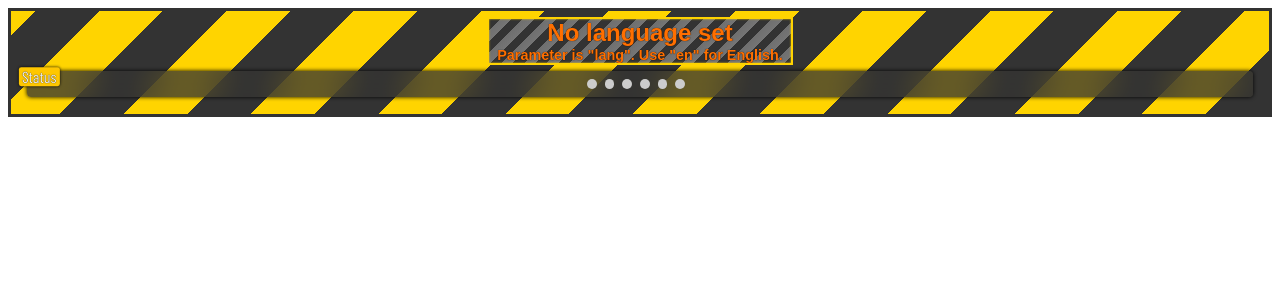
Repository: cirisus/ArknighTimer
Page: timer.html
The author's editor kept a copy of each file at every save. The page is drawn from the files as they stood at one save, then again after the next save.
The browser window is 1280 px wide. The pictures show the whole page.
Some web fonts or font styles are not loaded; a fallback is used.

Above is the page before, as saved 2024-03-09 14:24:12.

### timer.html
<!DOCTYPE html>
<html>
  <head>
    <meta charset="UTF-8">
    <meta name="description" content="明日方舟同人中文站计时器本体">
    <meta name="keywords" content="arknights,wiki,timer">
    <link rel="stylesheet" href="/ArknighTimer/timer.css">
    <script src="/ArknighTimer/timer.js"></script>
    <title>计时器初始化中……</title>
  </head>

  <body>
    <noscript>This application requires Javascript to function.</noscript>

    <div id="timer">
      <div id="stuff">
      <h2 id="title"></h2>

      <div id="clock">
        <div id="years-div" class="unit">
          <span id="years" class="unit-value"></span>
          <span id="years-label" class="unit-label"></span>
        </div>

        <div id="months-div" class="unit">
          <span id="months" class="unit-value"></span>
          <span id="months-label" class="unit-label"></span>
        </div>

        <div id="days-div" class="unit">
          <span id="days" class="unit-value"></span>
          <span id="days-label" class="unit-label"></span>
        </div>

        <div id="hours-div" class="unit">
          <span id="hours" class="unit-value"></span>
          <span id="hours-label" class="unit-label"></span>
        </div>

        <div id="minutes-div" class="unit">
          <span id="minutes" class="unit-value"></span>
          <span id="minutes-label" class="unit-label"></span>
        </div>

        <div id="seconds-div" class="unit">
          <span id="seconds" class="unit-value"></span>
          <span id="seconds-label" class="unit-label"></span>
        </div>
        </div>
      </div>
    </div>
  </body>
</html>

### timer.css
@import url('https://fonts.googleapis.com/css2?family=Barlow+Condensed:ital,wght@0,100;0,200;0,300;0,400;0,500;0,600;0,700;0,800;0,900;1,100;1,200;1,300;1,400;1,500;1,600;1,700;1,800;1,900&display=swap');
@font-face {
  font-family: Glow Sans SC_Condensed;
  src: url(https://cdn.jsdelivr.net/gh/cirisus/ArknighTimer/GlowSans/GlowSansSC-Condensed-Medium.woff2);
  font-weight: normal;
  font-style: normal;
}
:root {
  --secondary-accent: 255, 212, 0;
  --scale-2: 51,51,51;
}
body {
  font-family: 'Glow Sans SC_Condensed',Arial, sans-serif;
  text-shadow: 0 0 1px black;
}
#timer {
  display: grid;
  grid-auto-columns: 1fr;
  grid-auto-rows: 1fr;
  grid-template-columns: 1fr;
  grid-template-rows: min-content 1fr;
  gap: 1px 1px;
  grid-template-areas:
    "title"
    "countdown";

  padding: 0.5rem;
  border: 3px solid rgb(var(--scale-2));
  background: repeating-linear-gradient(-45deg, rgb(var(--scale-2)), rgb(var(--scale-2)) 45px, rgb(var(--secondary-accent)) 0, rgb(var(--secondary-accent)) 90px);
}
#title {
  grid-area: title;
  text-align: center;
  margin-block-start: 0;
  margin-block-end: 0;
  background: rgb(var(--scale-2));
  width: fit-content;
  padding: 0 .5rem;
  margin: auto;
    outline: 2px solid #ffd301;
    box-shadow: inset 0 0 2px #ffd400;
    background-image: repeating-linear-gradient(135deg, rgb(var(--scale-2)), rgb(var(--scale-2)) 8px, rgb(111 111 111) 0, rgb(117 117 117) 16px);
    background-size: 500%;
    animation: progress-bar 300s infinite linear;
}
@keyframes progerss-bar {
  0% {
    background-position-x: 100%;
  }
  100% {
    background-position: -400%;
  }
}
/*
h2#title:after {
  content: '';
  height: 47px;
  width: 2rem;
  position: absolute;
  transform: translateX(8px);
  background: #333;
  -webkit-clip-path: polygon(60% 0, 100% 50%, 60% 100%, 0 100%, 0 0);
  clip-path: polygon(60% 0, 100% 50%, 60% 100%, 0 100%, 0 0);
}
*/
#clock {
  display: flex;
  justify-content: center;
  align-items: center;
  flex-wrap: wrap;
  grid-area: countdown;
  color: #f3f2ec;
  background-color: rgb(var(--scale-2), .75);
  -webkit-backdrop-filter: blur(1rem);
  backdrop-filter: blur(1rem);
  text-align: center;
  border-radius: 0.25em;
  margin: .5em;
  padding: 0 .25rem;
  box-shadow: 0 0 4px black;
  box-sizing: border-box;
  &::before {
    content: 'Status';
    font-family: "Barlow Condensed", sans-serif;
    position: absolute;
    display: inline-flex;
    top: 0;
    left: 0;
    width: fit-content;
    height: fit-content;
    border-radius: 0.15em;
    background-color: #ffc700;
    z-index: -1;
    transform: translate(-20%,-20%);
    box-shadow: 0 0 3px 0px black;
    padding: 0 3px;
    align-items: center;
}
}

.unit {
  display: inline-flex;
  margin: 0.5em 0;
  justify-content: center;
  align-items: center;
}

.unit-value {
  font-family: "Barlow Condensed", sans-serif;
  font-size: 2em;
  color: #333;
  background-color: #ccc;
  border-radius: 0.25em;
  padding: 0.15em;
}

.unit-label {
  font-size: 1.5em;
  padding: 0 .25rem;
}

/* Basic utility classes */
.hidden {
  display: none;
}

.error {
  color: rgb(255, 111, 0);
}
.error-secondary {
  font-size: 0.6em;
}
.progress {
  color: #f3f2ec;
}

.finished {
  color: #fff28e;
}

### timer.js
// Constants
var SECONDS_MS = 1000;
var MINUTES_MS = SECONDS_MS * 60;
var HOURS_MS = MINUTES_MS * 60;
var DAYS_MS = HOURS_MS * 24;

var SECONDS_ENUM = 0;
var MINUTES_ENUM = 1;
var HOURS_ENUM = 2;
var DAYS_ENUM = 3;
var MONTHS_ENUM = 4;
var YEARS_ENUM = 5;

// Initialization errors are only in English unfortunately.
function setError(primary, secondary = null) {
  var titleElement = document.getElementById('title');
  titleElement.classList.add('error');
  titleElement.innerText = primary;

  var clockElement = document.getElementById('clock');
  clockElement.classList.add('hidden');

  if (secondary) {
    var messageElement = document.createElement('div');
    messageElement.classList.add('error-secondary');
    messageElement.innerText = secondary;
    titleElement.appendChild(messageElement);
  }
}

// Localization
function getMessage(language, messageKey) {
  var translations = {
    // English
    'en': {
      'timer-description': 'Timer expiring at',
      'timer-progress': 'This timer will expire in',
      'timer-finished': 'This timer has been expired since',
      'years': 'years',
      'months': 'months',
      'days': 'days',
      'hours': 'hours',
      'minutes': 'minutes',
      'seconds': 'seconds',
    },

    // French
    'fr': {
      'timer-description': 'Fin du compte à rebours à',
      'timer-progress': 'Ce compte à rebours se terminera dans',
      'timer-finished': 'Ce compte à rebous est terminé depuis',
      'years': 'ans',
      'months': 'mois',
      'days': 'jours',
      'hours': 'heures',
      'minutes': 'minutes',
      'seconds': 'secondes',
    },

    // Pig Latin
    'pig': {
      'timer-description': 'Imertay expiringyay atyay',
      'timer-progress': 'Isthay imertay illway expireyay inyay',
      'timer-finished': 'Isthay imertay ashay eenbay expiredyay incesay',
      'years': 'earsyay',
      'months': 'onthsmay',
      'days': 'aysday',
      'hours': 'ourshay',
      'minutes': 'inutesmay',
      'seconds': 'econdssay',
    },

    // Spanish
    'es': {
      'timer-description': 'El temporizador finaliza en',
      'timer-progress': 'El temporizador finalizará en',
      'timer-finished': 'El temporizador ha finalizado desde hace',
      'years': 'años',
      'months': 'meses',
      'days': 'días',
      'hours': 'horas',
      'minutes': 'minutos',
      'seconds': 'segundos',
    },

    // Vietnamese
    'vi': {
      'timer-description': 'Đồng hồ kết thúc vào',
      'timer-progress': 'Đồng hồ sẽ kết thúc trong',
      'timer-finished': 'Đồng hồ này đã kết thúc kể từ',
      'years': 'năm',
      'months': 'tháng',
      'days': 'ngày',
      'hours': 'giờ',
      'minutes': 'phút',
      'seconds': 'giây',
    },

    // Simplified Chinese
    'cn': {
      'timer-description': '此计时器将过期于：',
      'timer-progress': '此计时器将过期于：',
      'timer-finished': '此计时器已过期：',
      'years': '年',
      'months': '月',
      'days': '日',
      'hours': '时',
      'minutes': '分',
      'seconds': '秒',
    },
  };

  // Special case:
  // The 'test' language just echoes the message key back out.
  if (language === 'test') {
    return messageKey;
  }

  // Get message based on language
  var messages = translations[language];
  if (!messages) {
    setError('暂无此语言的计时器 ' + language);
    return null;
  }

  var message = messages[messageKey];
  if (!message) {
    setError('无效的参数' + messageKey);
    return null;
  }

  return message;
}

function insertCSS(styling) {
  var head = document.head || document.getElementsByTagName('head')[0];
  var style = document.createElement('style');

  style.type = 'text/css';
  style.appendChild(document.createTextNode(styling));
  head.appendChild(style);
}

function getDaysInFebruary(startYear) {
  return (startYear % 4 === 0 && startYear % 100 !== 0)
    || startYear % 400 === 0 ? 29 : 28;
}

function elapsedData(targetTime) {
  var now = new Date();
  var elapsed = now - targetTime;

  if (elapsed >= 0) {
    // Date is in the past
    return {
      elapsed: elapsed,
      finished: true,
      startTime: targetTime,
      endTime: now,
    };
  } else {
    // Date is in the future
    return {
      elapsed: -elapsed,
      finished: false,
      startTime: now,
      endTime: targetTime,
    };
  }
}

// Based on https://stackoverflow.com/a/49201872
// Calculate differences greater than a day.
function dateDiff(startDate, endDate) {
  // Trim sub-day differences to avoid 0.8 days from rounding up.
  var diff = endDate - startDate;
  diff -= Math.floor(diff % DAYS_MS);
  endDate = new Date(startDate.getTime() + diff);

  // Get month data
  var february = getDaysInFebruary(startDate.getFullYear());
  var daysInMonth = [31, february, 31, 30, 31, 30, 31, 31, 30, 31, 30, 31];

  var yearDiff = endDate.getFullYear() - startDate.getFullYear();
  var monthDiff = endDate.getMonth() - startDate.getMonth();
  if (monthDiff < 0) {
    yearDiff--;
    monthDiff += 12;
  }

  var dayDiff = endDate.getDate() - startDate.getDate();
  if (dayDiff < 0) {
    if (monthDiff > 0) {
      monthDiff--;
    } else {
      yearDiff--;
      monthDiff = 11;
    }

    dayDiff += daysInMonth[startDate.getMonth()];
  }

  return {
    years: yearDiff,
    months: monthDiff,
    days: dayDiff,
  };
}

// Calculate difference in time, in all units
function timeRemaining(targetTime) {
  var data = elapsedData(targetTime);

  // Differences > 1 day
  var dateDiffs = dateDiff(data.startTime, data.endTime);
  var years = dateDiffs.years;
  var months = dateDiffs.months;
  var days = dateDiffs.days;

  // Differences < 1 day
  var elapsed = Math.floor(data.elapsed % DAYS_MS);

  var hours = Math.floor(elapsed / HOURS_MS);
  elapsed = Math.floor(elapsed % HOURS_MS);

  var minutes = Math.floor(elapsed / MINUTES_MS);
  elapsed = Math.floor(elapsed % MINUTES_MS);

  var seconds = Math.floor(elapsed / SECONDS_MS);
  elapsed = Math.floor(elapsed % MINUTES_MS);

  // Get highest unit present
  var highest;
  if (years > 0) {
    highest = YEARS_ENUM;
  } else if (months > 0) {
    highest = MONTHS_ENUM;
  } else if (days > 0) {
    highest = DAYS_ENUM;
  } else if (hours > 0) {
    highest = HOURS_ENUM;
  } else if (minutes > 0) {
    highest = MINUTES_ENUM;
  } else {
    highest = SECONDS_ENUM;
  }

  return {
    years: years,
    months: months,
    days: days,
    hours: hours,
    minutes: minutes,
    seconds: seconds,
    finished: data.finished,
    highest: highest,
  };
}

function setTimerField(language, field, value) {
  var visible = value !== null;

  if (visible) {
    document.getElementById(field).innerText = value;
  }

  setTimerFieldVisibility(field, visible);
}

function setTimerFieldVisibility(field, visible) {
  var element = document.getElementById(field + '-div');

  if (visible) {
    element.classList.remove('hidden');
  } else {
    element.classList.add('hidden');
  }
}

function createTimer(language, targetTime, progressMessage, finishedMessage) {
  progressMessage = progressMessage || getMessage(language, 'timer-progress');
  finishedMessage = finishedMessage || getMessage(language, 'timer-finished');

  // Update routine, to invoke every second
  var timerFields = [
    ['years', YEARS_ENUM, 1],
    ['months', MONTHS_ENUM, 1],
    ['days', DAYS_ENUM, 1],
    ['hours', HOURS_ENUM, 2],
    ['minutes', MINUTES_ENUM, 2],
    ['seconds', SECONDS_ENUM, 2],
  ];

  // Initial application of field labels
  for (var i = 0; i < timerFields.length; i++) {
    var field = timerFields[i][0];
    document.getElementById(field + '-label').innerText = getMessage(language, field);
  }

  function updateTimer() {
    var remaining = timeRemaining(targetTime);

    // Set title message
    var titleElement = document.getElementById('title');

    if (remaining.finished) {
      titleElement.innerText = finishedMessage;
      titleElement.classList = ['finished'];
    } else {
      titleElement.innerText = progressMessage;
      titleElement.classList = ['progress'];
    }

    // Set individual timer fields
    for (var i = 0; i < timerFields.length; i++) {
      var field = timerFields[i][0];
      var fieldEnum = timerFields[i][1];
      var padWidth = timerFields[i][2];

      // If the value is to be shown, then display it.
      // Ensure digits are padded to the appropriate width.
      var value = remaining.highest >= fieldEnum
        ? String(remaining[field]).padStart(padWidth, '0')
        : null;

      setTimerField(language, field, value);
    }
  }

  // Set title.
  // Since this is meant to be used as an iframe, setting it every tick is pointless.
  document.title = getMessage(language, 'timer-description') + ' ' + targetTime;

  // Configure timer to run regularly.
  updateTimer();
  setInterval(updateTimer, 1000);
}

function setup() {
  // Get parameters
  var url = new URL(window.location.href);
  var parameters = new URLSearchParams(url.search);
  var language = parameters.get('lang');
  var timestamp = parameters.get('time');
  var progressMessage = parameters.get('progress');
  var finishedMessage = parameters.get('finished');
  var styling = parameters.get('style'); // allows custom CSS to be injected

  // Check parameters
  if (!language) {
    setError('No language set', 'Parameter is "lang". Use "en" for English.');
    return;
  }

  if (!timestamp) {
    setError('No timestamp set', 'Parameter is "time". You can use a UNIX timestamp or an ISO string.');
    return;
  }

  var targetTime;
  if (/^\d+(\.\d+)?$/.exec(timestamp)) {
    targetTime = new Date(parseFloat(timestamp) * 1000);
  } else {
    targetTime = new Date(timestamp);
    if (isNaN(targetTime)) {
      setError('Invalid timestamp', timestamp);
      return;
    }
  }

  // Insert custom CSS, if any
  if (styling !== null) {
    insertCSS(styling);
  }

  // Initialize clock
  createTimer(language, targetTime, progressMessage, finishedMessage);
}

setTimeout(setup, 5);

After the next save:
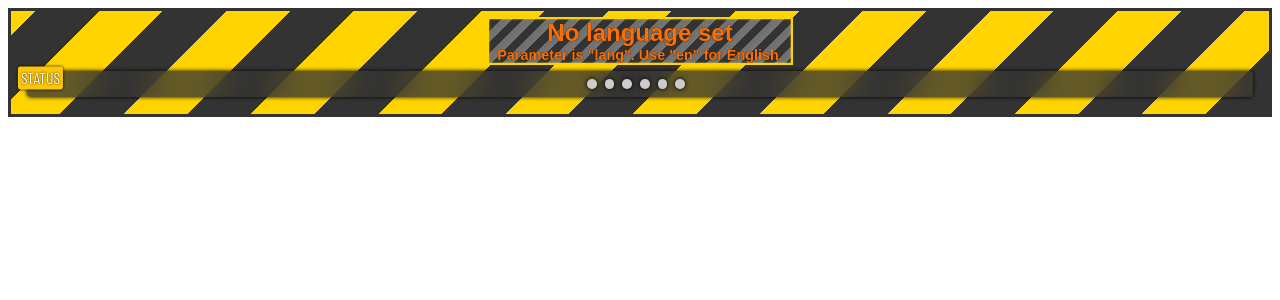
Saved 44 min 39 s later.
--- a/timer.css
+++ b/timer.css
@@ -43,7 +43,7 @@
     background-size: 500%;
     animation: progress-bar 300s infinite linear;
 }
-@keyframes progerss-bar {
+@keyframes progress-bar {
   0% {
     background-position-x: 100%;
   }
@@ -93,11 +93,37 @@
     z-index: -1;
     transform: translate(-20%,-20%);
     box-shadow: 0 0 3px 0px black;
-    padding: 0 3px;
+    padding: 2px 3px;
     align-items: center;
+    color: white;
+    text-shadow: 0 0 2px black;
+    text-transform: uppercase;
+  }
+  &::after {
+    content: attr(data-status);
+    position: absolute;
+    top: 0;
+    left: 0;
+    width: fit-content;
+    height: fit-content;
+    border-radius: 0.15em;
+    z-index: -1;
+    transform: translate(20%,-20%);
+    box-shadow: 0 0 3px 0px black;
+  }
 }
+#clock[data-status="running"]::after {
+  background-color: #16663e;
+  color: #ccc;
 }
-
+#clock[data-status="expired"]::after {
+  background-color: #ffcc00;
+  color: #ccc;
+}
+#clock[data-status="ceased"]::after {
+  background-color: #ad2117;
+  color: #ccc;
+}
 .unit {
   display: inline-flex;
   margin: 0.5em 0;
@@ -110,8 +136,9 @@
   font-size: 2em;
   color: #333;
   background-color: #ccc;
-  border-radius: 0.25em;
+  border-radius: 0.15em;
   padding: 0.15em;
+  box-shadow: 0 0 5px black;
 }
 
 .unit-label {
@@ -126,6 +153,7 @@
 
 .error {
   color: rgb(255, 111, 0);
+  animation: none;
 }
 .error-secondary {
   font-size: 0.6em;
@@ -136,4 +164,5 @@
 
 .finished {
   color: #fff28e;
+  animation: none;
 }
